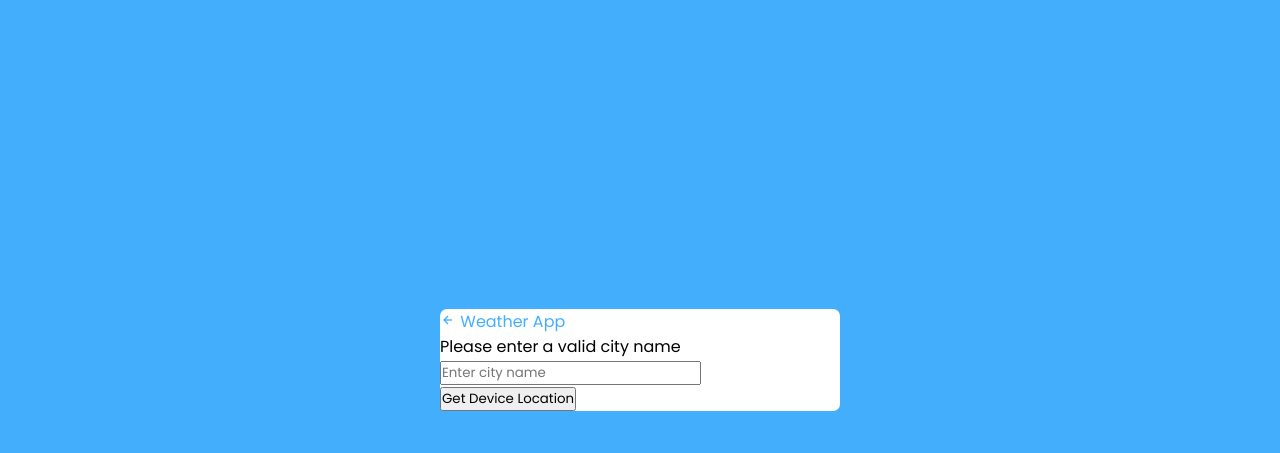
Repository: long13820/Weather-App-HTML-CSS-Javascript
Page: index.html
These files come from the project's save history. The page is drawn as it stood at one moment and after a run of saves; the edit follows.
The browser window is 1280 px wide. The pictures show the whole page.

Above is the page before, as saved 2021-09-01 23:26:09.

After the next 4 saves:
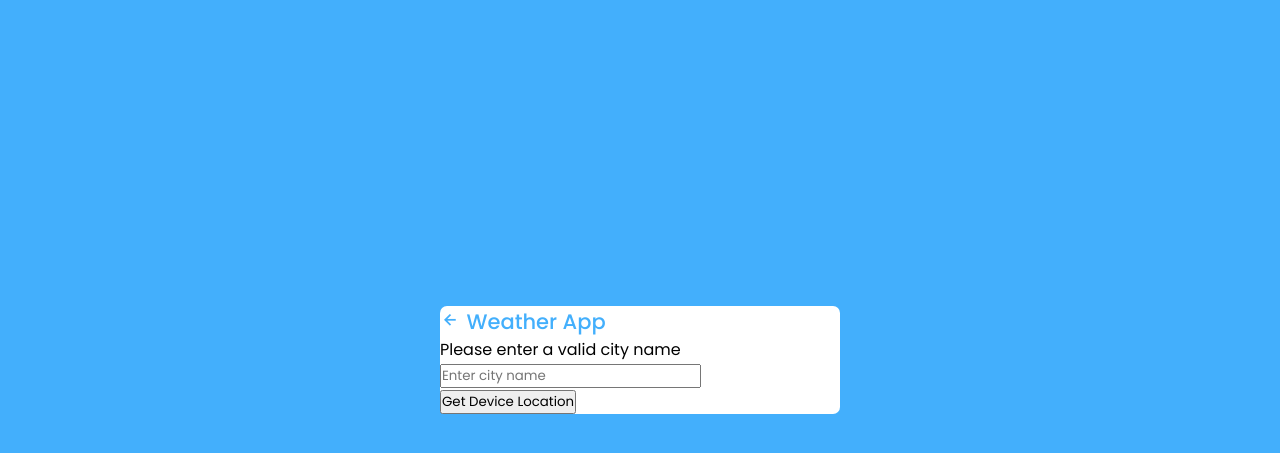
The 4 saves are shown as one change because they came seconds apart.
The last was saved 16 s later.
--- a/style.css
+++ b/style.css
@@ -20,4 +20,7 @@ body{
 }
 .wrapper header{
     color: #43AFFC;
+    font-size: 21px;
+    font-weight: 500;
+
 }
